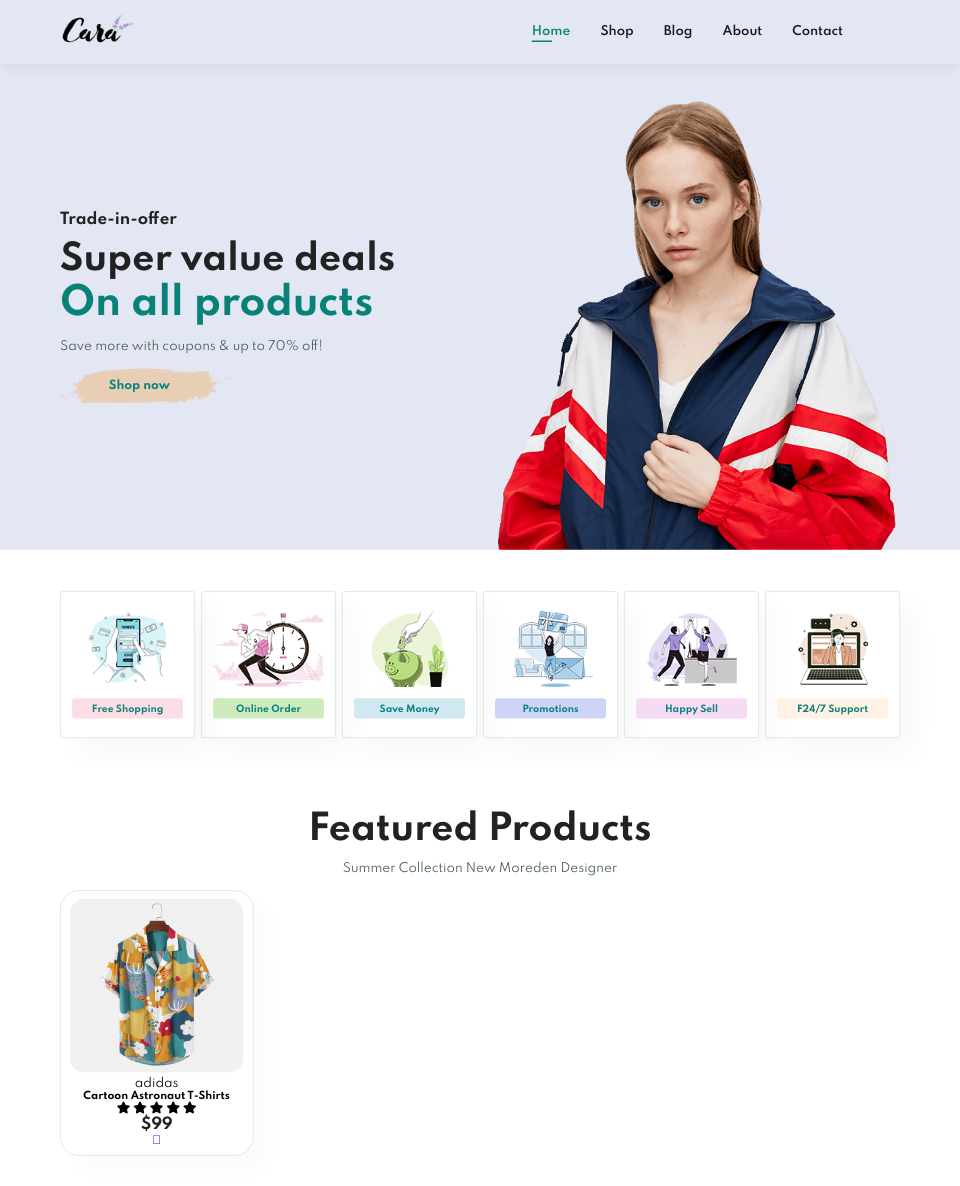
Repository: MinhNhatIT2901/Ecommerce
Page: index.html
The author's editor kept a copy of each file at every save. The page is drawn from the files as they stood at one save, then again after the next save.
The browser window is 1280 px wide. The pictures show the whole page, at 75% of full size.
Some web libraries are served in a nearby version.

Above is the page before, as saved 2022-01-07 23:52:24.

After the next save:
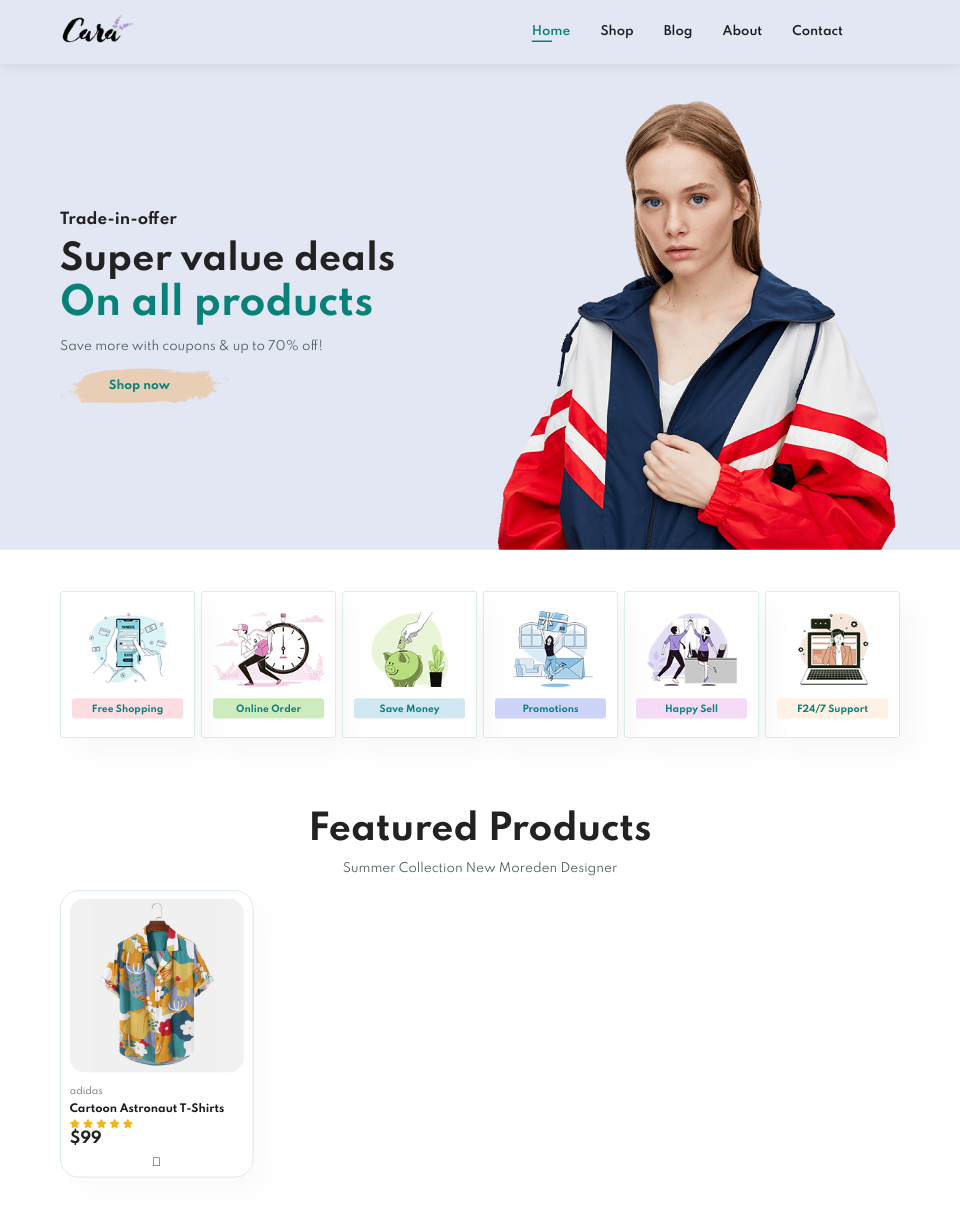
Saved 4 min 17 s later.
--- a/style.css
+++ b/style.css
@@ -199,9 +199,36 @@ body {
   border-radius: 25px;
   cursor: pointer;
   box-shadow: 20px 20px 30px rgba(0, 0, 0, 0.02);
+  margin: 15px 0;
+  transition: 0.25s ease-in;
+}
+
+#product1 .pro:hover {
+  box-shadow: 20px 20px 30px rgba(0, 0, 0, 0.06);
 }
 
 #product1 .pro img {
   width: 100%;
   border-radius: 20px;
 }
+
+#product1 .pro .des {
+  text-align: start;
+  padding: 10px 0;
+}
+
+#product1 .pro .des span {
+  color: #606060;
+  font-size: 12px;
+}
+
+#product1 .pro .des h5 {
+  padding-top: 7px;
+  color: #1a1a1a;
+  font-size: 14px;
+}
+
+#product1 .pro .des i {
+  font-size: 12px;
+  color: rgb(243, 181, 25);
+}
